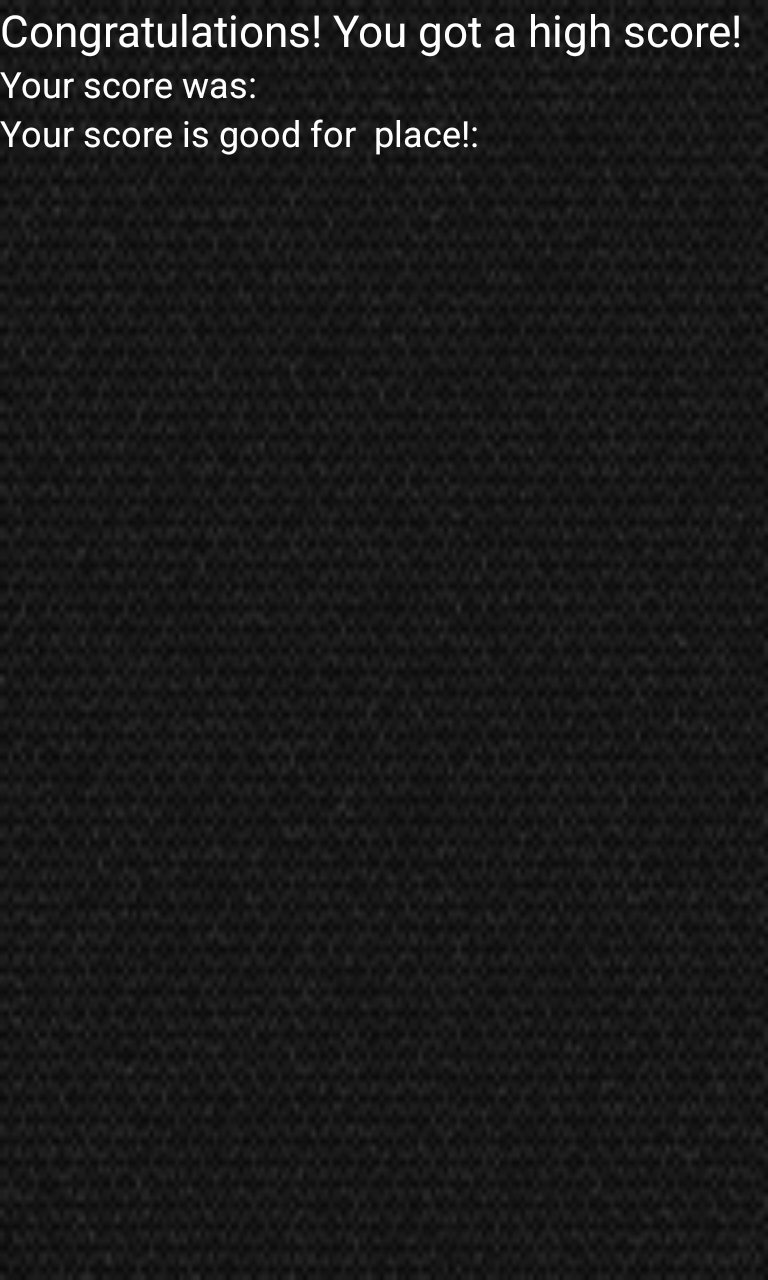
Repository: Tacohen/Killbots
Layout: Killbots/res/layout/add_score.xml
The author's editor kept a copy of each file at every save. The layout is drawn from the files as they stood at one save, then again after the next save.
It is drawn on a 768 x 1280 px phone screen (xhdpi) without system bars, with theme AppTheme; the app's code is not run.

Above is the layout before, as saved 2013-12-08 19:59:12.

After the next save:
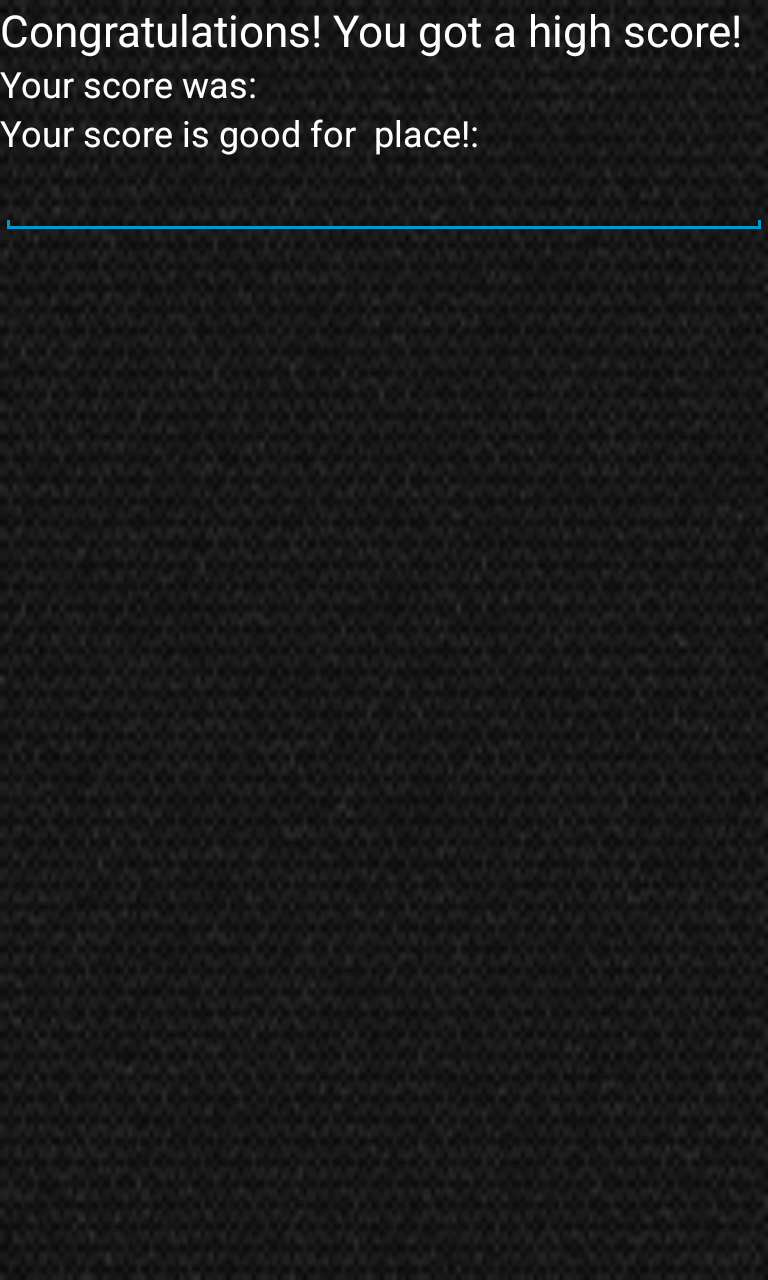
Saved 40 s later.
--- a/Killbots/res/layout/add_score.xml
+++ b/Killbots/res/layout/add_score.xml
@@ -33,5 +33,14 @@
 		    android:textColor="#FFFFFF"
 		    android:textAppearance="?android:attr/textAppearanceMedium" />
 
+		<EditText
+		    android:id="@+id/editName"
+		    android:layout_width="match_parent"
+		    android:layout_height="wrap_content"
+		    android:ems="10" >
+
+		    <requestFocus />
+		</EditText>
+
 	</LinearLayout>
 </ScrollView>
